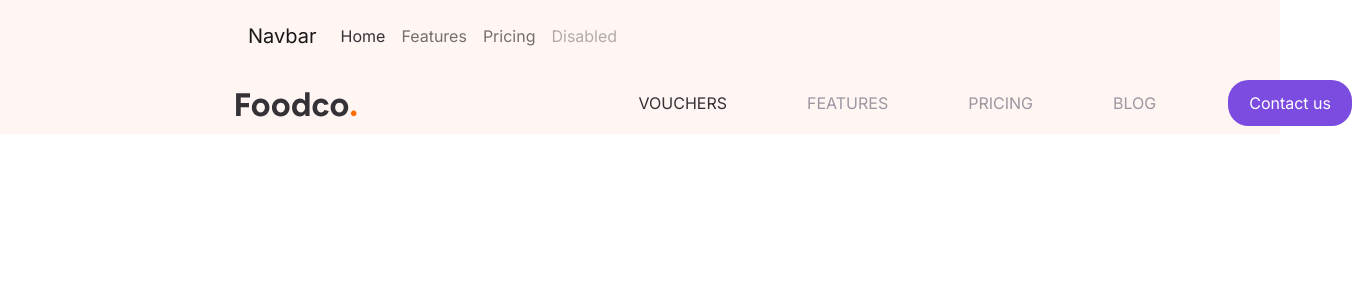
Repository: badhon252/Foodco
Page: index.html
The author's editor kept a copy of each file at every save. The page is drawn from the files as they stood at one save, then again after the next save.
The browser window is 1280 px wide. The page is 1364 px wide, so the pictures cover 1364 px, including what lies to the right of the window. The pictures show the whole page.
The style sheet was rebuilt from its Sass, Less or Tailwind sources for each picture, by a compiler version that may differ from the author's.

Above is the page before, as saved 2022-09-15 15:14:35.

### index.html
<!DOCTYPE html>
<html lang="en">

<head>
    <meta charset="UTF-8">
    <meta http-equiv="X-UA-Compatible" content="IE=edge">
    <meta name="viewport" content="width=device-width, initial-scale=1.0">
    <!-- bootstrap cdn link  -->
    <!-- I'm using bootstrap 5 for this project, Let's code!  -->
    <!-- CSS only -->
    <link href="https://cdn.jsdelivr.net/npm/bootstrap@5.2.1/dist/css/bootstrap.min.css" rel="stylesheet"
        integrity="sha384-iYQeCzEYFbKjA/T2uDLTpkwGzCiq6soy8tYaI1GyVh/UjpbCx/TYkiZhlZB6+fzT" crossorigin="anonymous">

    <link rel="stylesheet" href="scss/style.css">
    <title>FoodCo</title>
</head>

<body>

    <main id="header">
        <header class="container">






            <nav class="navbar navbar-expand-lg py-3">
                <div class="container-fluid">
                    <a class="navbar-brand" href="#">Navbar</a>
                    <button class="navbar-toggler" type="button" data-bs-toggle="collapse" data-bs-target="#navbarNav"
                        aria-controls="navbarNav" aria-expanded="false" aria-label="Toggle navigation">
                        <span class="navbar-toggler-icon"></span>
                    </button>
                    <div class="collapse navbar-collapse" id="navbarNav">
                        <ul class="navbar-nav">
                            <li class="nav-item">
                                <a class="nav-link active" aria-current="page" href="#">Home</a>
                            </li>
                            <li class="nav-item">
                                <a class="nav-link" href="#">Features</a>
                            </li>
                            <li class="nav-item">
                                <a class="nav-link" href="#">Pricing</a>
                            </li>
                            <li class="nav-item">
                                <a class="nav-link disabled">Disabled</a>
                            </li>
                        </ul>
                    </div>
                </div>
            </nav>



            <nav class="navbar ">
                <div class="navbar-brand">
                    <img src="./image/logo.svg" alt="">
                </div>
                <ul class="nav">
                    <li class="nav-item"><a href="" class="nav-link link active">Vouchers</a></li>
                    <li class="nav-item"><a href="" class="nav-link link">Features</a></li>
                    <li class="nav-item"><a href="" class="nav-link link">Pricing</a></li>
                    <li class="nav-item"><a href="" class="nav-link link">Blog</a></li>
                    <button class="btn">Contact us</button>
                </ul>
            </nav>
            <div class="div header-content">
                <div class="row">
                    <div class="col-md-6"></div>
                    <div class="col-md-6"></div>
                </div>
            </div>
        </header>
    </main>

</body>

</html>

### scss/style.scss
@import url("https://fonts.googleapis.com/css2?family=Inter:wght@400;600;700;800;900&display=swap");
@font-face {
  font-family: circular;
  src: url(../fonts/Circular_Std_Font.otf);
}
@font-face {
  font-family: AirbnbCereal_W_Bd;
  src: url(../fonts/AirbnbCereal_W_Bd.otf);
}
@font-face {
  font-family: AirbnbCereal_W_Bk;
  src: url(../fonts//AirbnbCereal_W_Bk.otf);
}
@font-face {
  font-family: AirbnbCereal_W_Blk;
  src: url(../fonts/AirbnbCereal_W_Blk.otf);
}
@font-face {
  font-family: AirbnbCereal_W_Lt;
  src: url(../fonts/AirbnbCereal_W_Lt.otf);
}
@font-face {
  font-family: AirbnbCereal_W_Md;
  src: url(../fonts/AirbnbCereal_W_Md.otf);
}
@font-face {
  font-family: AirbnbCereal_W_XBd;
  src: url(../fonts/AirbnbCereal_W_XBd.otf);
}
* {
  margin: 0;
  padding: 0;
  box-sizing: border-box;
  font-family: "Inter", sans-serif;
  //   font-family: circular;
}
.container {
  margin: 2rem 14rem;
}
.btn,
.link {
  cursor: pointer;
}
.link {
  text-decoration: none;
  color: #353237;
}
.btn {
  outline: none;
  border: none;
  padding: 12px 25px;
  font-size: 1rem;
  font-weight: 400;
}
.active {
  color: #353237 !important;
}
li {
  list-style-type: none;
}
.py-1 {
  padding: 1rem 0;
}
.py-2 {
  padding: 2rem 0;
}
.py-3 {
  padding: 3rem 0;
}
.py-4 {
  padding: 4rem 0;
}
.my-1 {
  margin: 1rem 0;
}
.my-1 {
  margin: 1rem 0;
}
.my-2 {
  margin: 2rem 0;
}
.my-3 {
  margin: 3rem 0;
}
.my-4 {
  margin: 4rem 0;
}
.my-5 {
  margin: 5rem 0;
}

// =======================
//===========================
#header {
  background-color: #fff5f2;

  .container {
    margin: 0 14rem;
  }
  .navbar {
    display: flex;
    justify-content: space-between;
    align-items: center;
    .nav {
      display: flex;
      align-items: center;
      .nav-item {
        margin: 0 1.5rem;
        .nav-link {
          font-weight: 500;
          font-size: 1rem;
          line-height: 20px;
          text-transform: uppercase;
          color: #9a97a1;
          //   color: #353237;
          &:hover {
            color: #353237;
          }
        }
      }
      .btn {
        background-color: #7b4cdf;
        border-radius: 20.5px;
        color: #fff;
        margin-left: 2rem;
        padding: 11px 21px;
      }
    }
  }
}

After the next save:
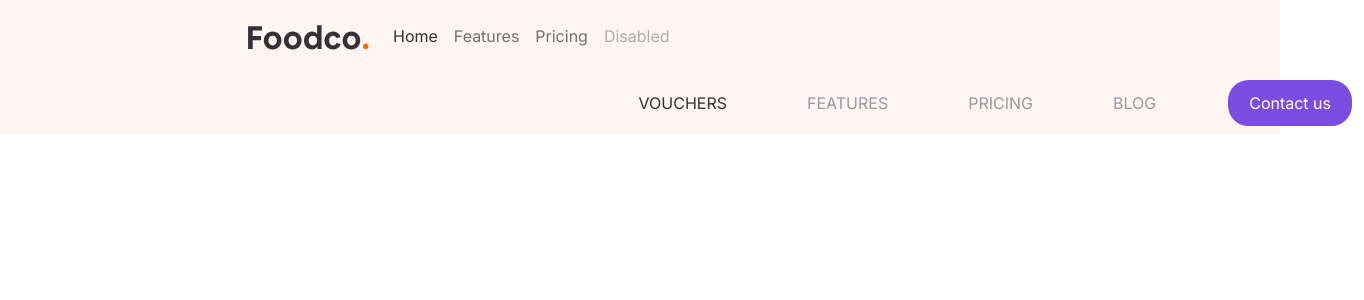
Saved 10 s later.
--- a/index.html
+++ b/index.html
@@ -27,7 +27,7 @@
 
             <nav class="navbar navbar-expand-lg py-3">
                 <div class="container-fluid">
-                    <a class="navbar-brand" href="#">Navbar</a>
+                    <a class="navbar-brand" href="#"><img src="./image/logo.svg" alt=""></a>
                     <button class="navbar-toggler" type="button" data-bs-toggle="collapse" data-bs-target="#navbarNav"
                         aria-controls="navbarNav" aria-expanded="false" aria-label="Toggle navigation">
                         <span class="navbar-toggler-icon"></span>
@@ -55,7 +55,7 @@
 
             <nav class="navbar ">
                 <div class="navbar-brand">
-                    <img src="./image/logo.svg" alt="">
+
                 </div>
                 <ul class="nav">
                     <li class="nav-item"><a href="" class="nav-link link active">Vouchers</a></li>
